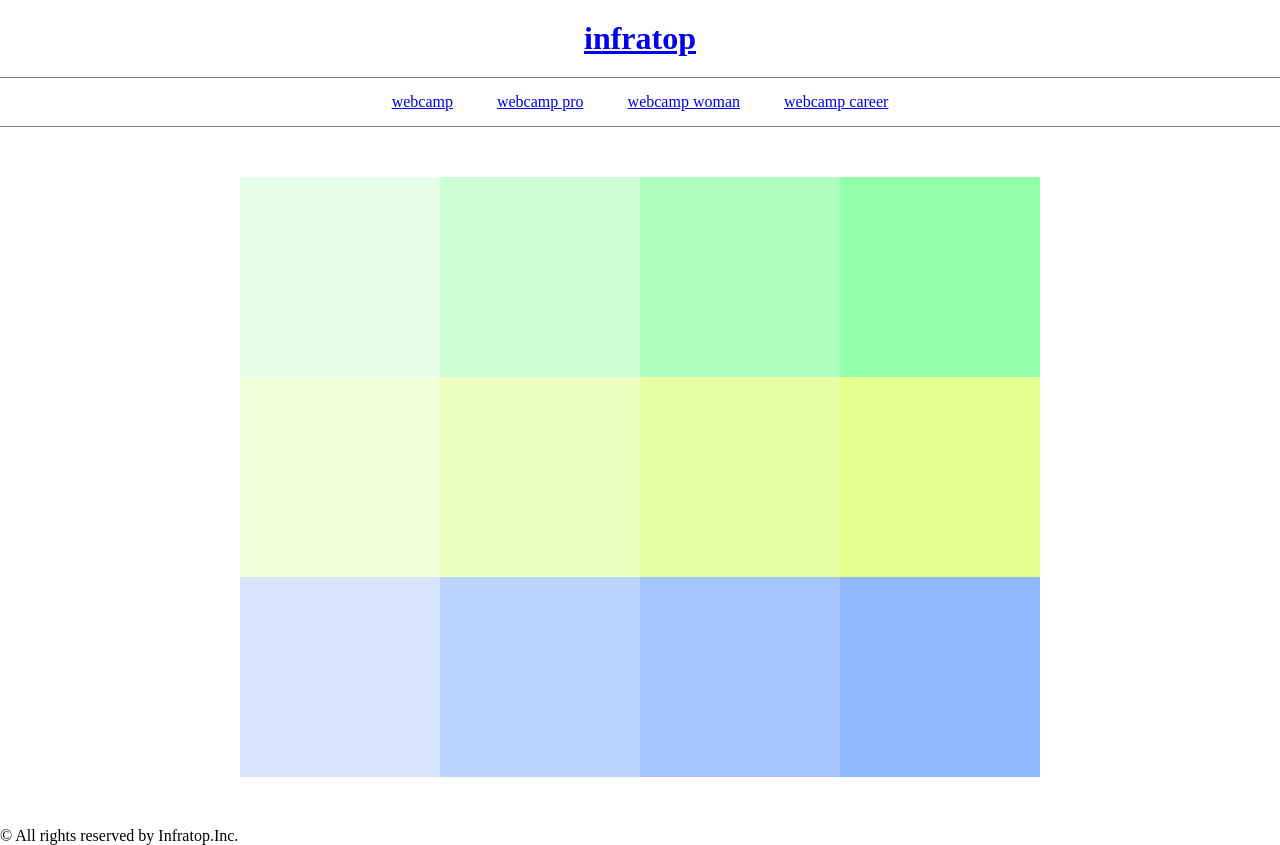
Repository: gukbvhrsui/r
Page: review2/review2.html
The author's editor kept a record of every edit. The page is drawn from the files as they stood at one moment, then again after the next edit.
The browser window is 1280 px wide. The pictures show the whole page.

Above is the page before.

After the next edit:
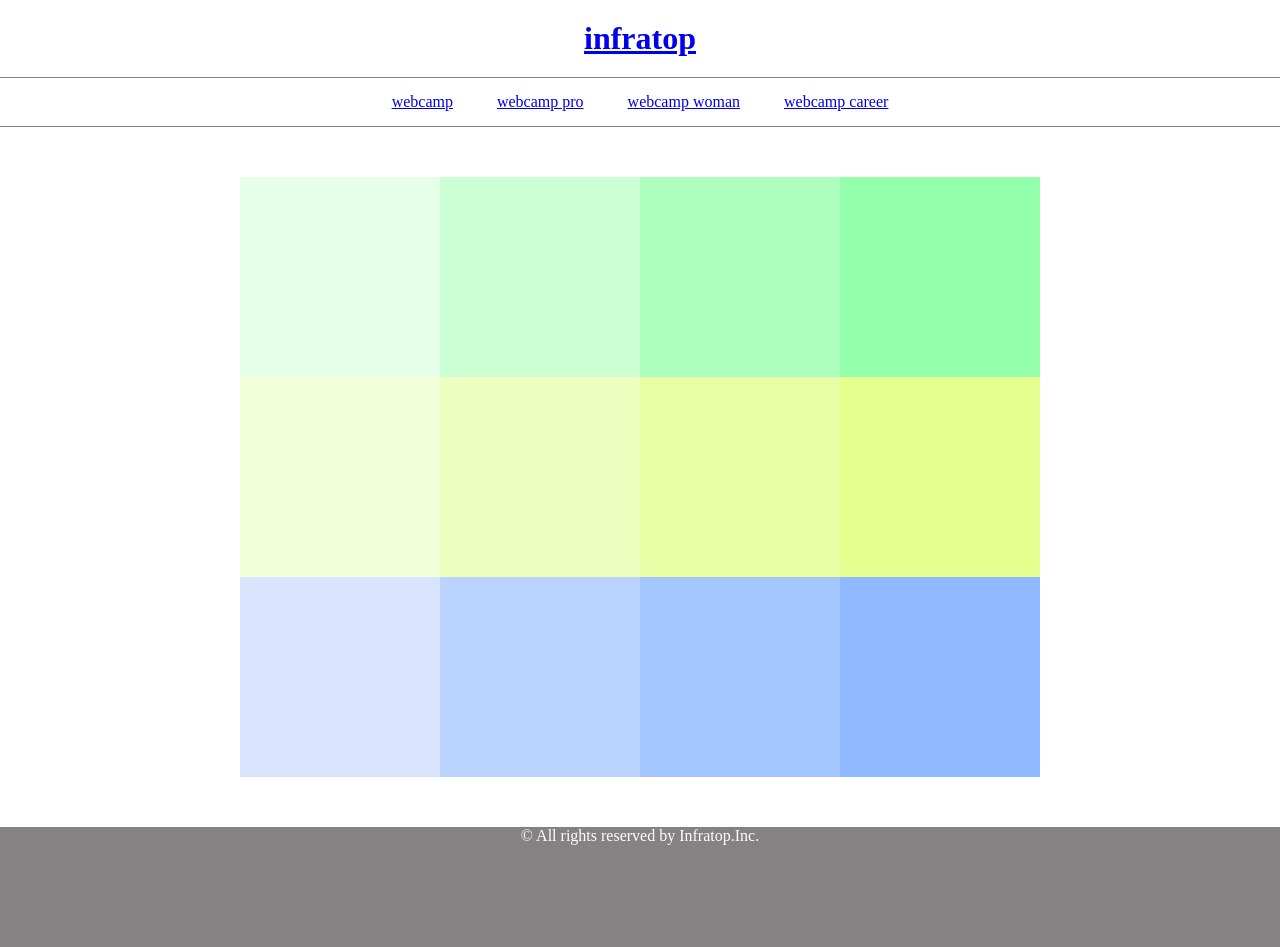
The edit:
--- a/review2/review2.css
+++ b/review2/review2.css
@@ -102,3 +102,14 @@ main {
   height: 200px;
   background-color: #8eb8ff;
 }
+
+footer {
+  width: 100%;
+  height: 120px;
+  background-color: #848282;
+  text-align: center;
+}
+
+p {
+  color: #fff;
+}
